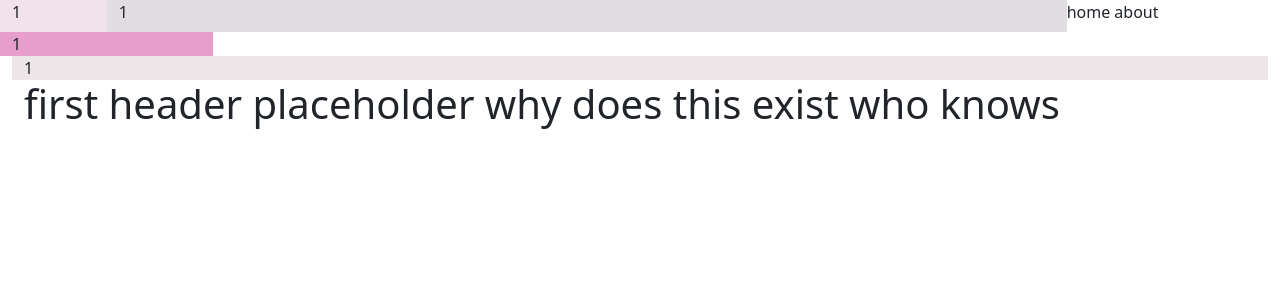
Repository: Treestr/classroom-assistant
Page: templates/homepage.html
The author's editor kept a copy of each file at every save. The page is drawn from the files as they stood at one save, then again after the next save.
The browser window is 1280 px wide. The pictures show the whole page.
The template is drawn by Flask 3. The application's start-up code is not run. The template is opened directly, without the code that normally fills it, so the values that code supplies are empty.

Above is the page before, as saved 2024-04-21 19:46:00.

After the next save:
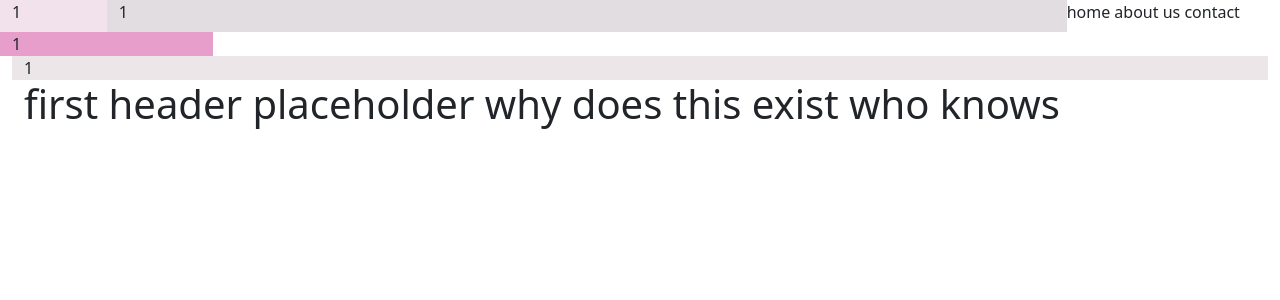
Saved 5 s later.
--- a/templates/homepage.html
+++ b/templates/homepage.html
@@ -16,8 +16,8 @@
       <div class="row">
         <div class="col-1" style="background-color: rgb(242, 226, 236)">1</div>
           <div class="col-9" style="background-color: rgb(226, 221, 224)">1
-          <h1><home about </center></h1>
-        </div> home about
+          <h1><home about us contact </center></h1>
+        </div> home about us contact
 
 
            <div class="col-2" style="background-color: rgb(232, 158, 202)">1</div>
